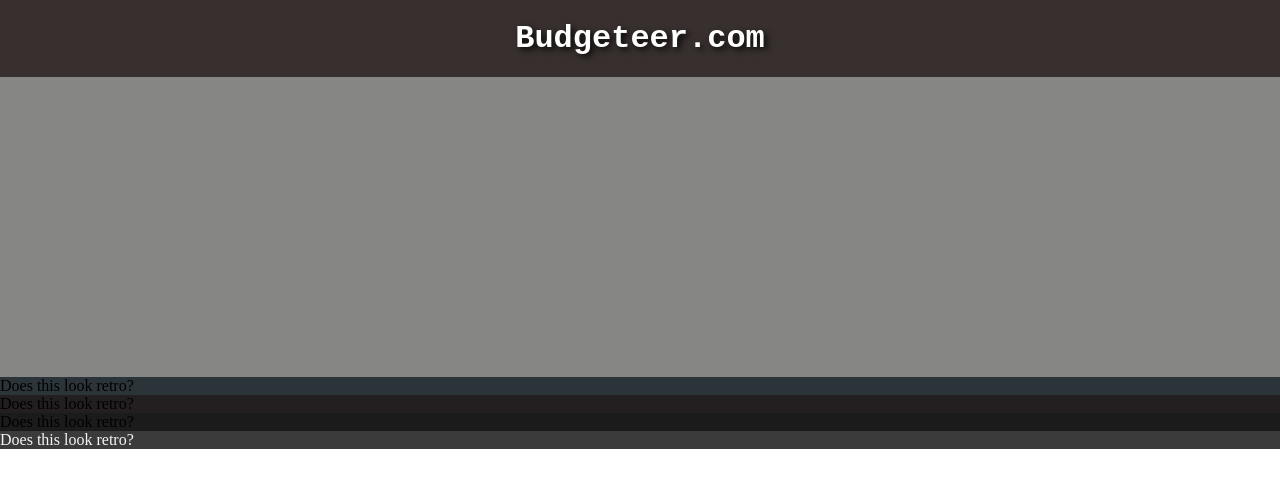
Repository: CaioNunes56/Budgeteer
Page: index.html
An editor plug-in stored every save of this project. The page is shown before and after the next save, followed by the edit.
The browser window is 1280 px wide. The pictures show the whole page.

Above is the page before, as saved 2025-04-26 13:31:24.

After the next save:
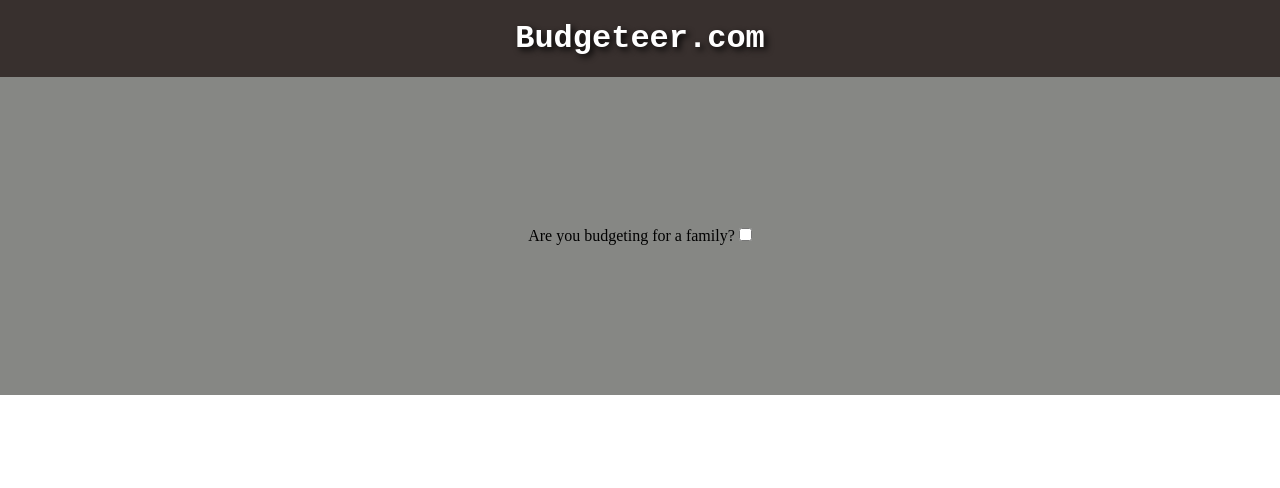
Saved 4 min 38 s later.
--- a/index.html
+++ b/index.html
@@ -14,13 +14,14 @@
         <div class="mainbox">
             <form class="basic-inputs">
 
+                <div class="family bodyfont">
+                Are you budgeting for a family?
+                <input type="checkbox" placeholder="Are you budgeting for a family?">
+                </div>
             </form>
         </div>
     </main>
-    <div style="background-color: #2A3439;"> Does this look retro? </div>
-    <div style="background-color: #231F20"> Does this look retro? </div>
-    <div style="background-color: #1B1B1B;"> Does this look retro?</div>
-    <div style="background-color: #3B3B3B; color: #F5F5F5;">Does this look retro?</div>
+
 
 
 
